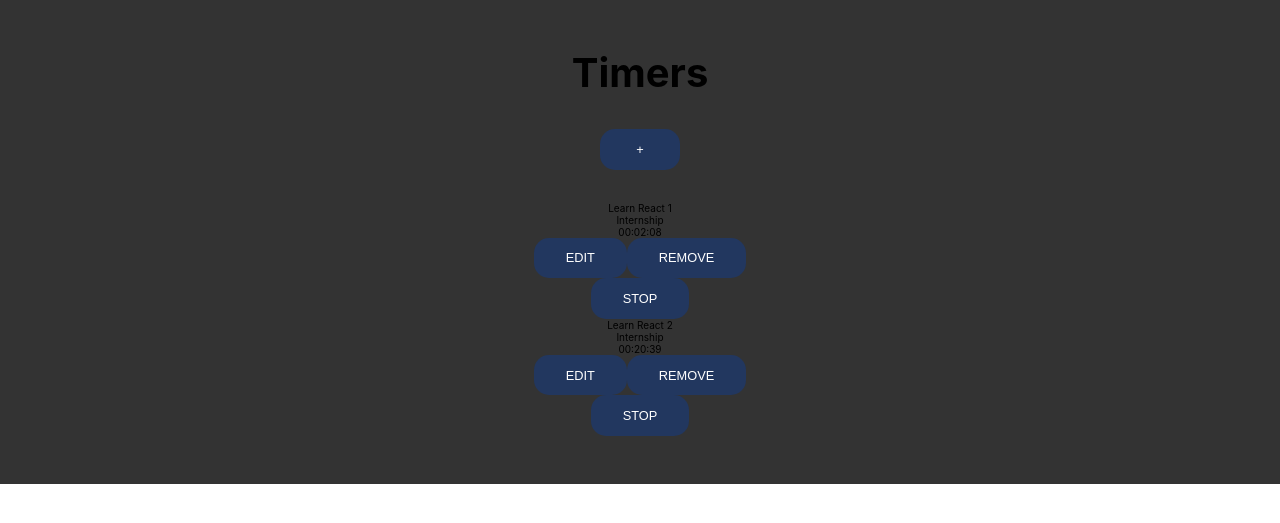
Repository: dqhuy153/react-timer
Page: /
These files come from the project's save history. The page is drawn as it stood at one moment and after the next save; the edit follows.
The browser window is 1280 px wide. The pictures show the whole page.
The project was rebuilt for these pictures with package versions that can differ from the ones it lists, and the page was loaded fresh each time. Also part of the build but not shown: src/components/TimerForm/index.jsx.

Above is the page before, as saved 2021-10-26 15:46:30.

### src/index.css
* {
  padding: 0;
  margin: 0;
  box-sizing: border-box;
}

body {
  margin: 0;
  font-family: -apple-system, BlinkMacSystemFont, 'Segoe UI', 'Roboto', 'Oxygen',
    'Ubuntu', 'Cantarell', 'Fira Sans', 'Droid Sans', 'Helvetica Neue',
    sans-serif;
  -webkit-font-smoothing: antialiased;
  -moz-osx-font-smoothing: grayscale;

  font-size: 62.5%;
}

code {
  font-family: source-code-pro, Menlo, Monaco, Consolas, 'Courier New',
    monospace;
}

### src/App.js
import { useEffect, useRef, useState } from 'react';
import './App.scss';

import EditableTimerForm from './components/EditableTimerForm';
import ToggleableTimerForm from './components/ToggeableTimerForm';

function App() {
  const timerRef = useRef();
  const [timers, setTimers] = useState([
    {
      id: 1,
      title: 'Learn React 1',
      project: 'Internship',
      time: 123454,
      isRunning: true,
    },
    {
      id: 2,
      title: 'Learn React 2',
      project: 'Internship',
      time: 1234545,
      isRunning: true,
    },
  ]);

  const handleUpdateTimer = (data) => {
    const newTimers = timers.map((timer, idx) => {
      if (timer.id === data.id) {
        return {
          ...timer,
          title: data.title,
          project: data.project,
        };
      }

      return timer;
    });

    setTimers(newTimers);
  };

  useEffect(() => {
    clearTimeout(timerRef.current);

    timerRef.current = setTimeout(() => {
      const newTimers = timers.map((timer, idx) => {
        if (timer.isRunning)
          return {
            ...timer,
            time: timer.time + 1000,
          };

        return timer;
      });

      setTimers(newTimers);
    }, 1000);
  }, [timers]);

  return (
    <div className="App">
      <h1>Timers</h1>

      <ToggleableTimerForm />

      {timers.map((timer) => {
        return (
          <EditableTimerForm
            key={timer.id}
            id={timer.id}
            title={timer.title}
            project={timer.project}
            timer={timer.time}
            isRunning={timer.isRunning}
          />
        );
      })}
    </div>
  );
}

export default App;

### src/App.scss
.App {
  text-align: center;
  padding: 3rem 0;
  background: #333;

  h1 {
    font-size: 2.5rem;
  }
}

### src/components/EditableTimerForm/index.jsx
import React from 'react';
import Timer from '../Timer';
import TimerForm from '../TimerForm';

const EditableTimerForm = ({ id, title, project, timer, isRunning }) => {
  const isEdit = false;

  if (isEdit)
    return (
      <TimerForm
        id={id}
        title={title}
        project={project}
        timer={timer}
        // onCancel={handleCancelFomr}
      />
    );

  return (
    <Timer
      id={id}
      title={title}
      project={project}
      timer={timer}
      isRunning={isRunning}
    />
  );
};

export default EditableTimerForm;

### src/components/ToggeableTimerForm/index.jsx
import { useState } from 'react';
import Button from '../Button';
import TimerForm from '../TimerForm';

import styles from './ToggleableTimerForm.module.scss';

const ToggleableTimerForm = ({ onCreate, ...props }) => {
  const [isOpen, setIsOpen] = useState(false);

  const handleOpenForm = () => {
    setIsOpen(true);
  };

  const handleCloseForm = () => {
    setIsOpen(false);
  };

  const content = isOpen ? (
    <TimerForm onCancel={handleCloseForm} />
  ) : (
    <Button onClick={handleOpenForm}>+</Button>
  );

  return <div className={styles.container}>{content}</div>;
};

export default ToggleableTimerForm;

### src/components/Timer/index.jsx
import React from 'react';
import { millisecondsToHuman } from '../../utils/TimerUtils';
import Button from '../Button';

const Timer = ({ title, project, timer, isRunning }) => {
  const buttonLabel = isRunning ? 'STOP' : 'START';

  return (
    <div>
      <p>{title}</p>
      <p>{project}</p>
      <p>{millisecondsToHuman(timer)}</p>

      <div>
        <Button>EDIT</Button>
        <Button>REMOVE</Button>
      </div>

      <Button>{buttonLabel}</Button>
    </div>
  );
};

export default Timer;

### src/components/Button/index.jsx
import React from 'react';

import styles from './Button.module.scss';

const Button = ({ children, onClick, className, ...rest }) => {
  return (
    <button
      className={`${styles.container} ${className}`}
      onClick={onClick}
      children={children}
      {...rest}
    ></button>
  );
};

export default Button;

### src/components/ToggeableTimerForm/ToggleableTimerForm.module.scss
.container {
  margin: 2rem;
}

### src/utils/TimerUtils.js
import { v4 as uuidv4 } from 'uuid';

export const millisecondsToHuman = (ms) => {
  const seconds = Math.floor((ms / 1000) % 60);
  const minutes = Math.floor((ms / 1000 / 60) % 60);
  const hours = Math.floor(ms / 1000 / 60 / 60);

  const humanized = [
    pad(hours.toString(), 2),
    pad(minutes.toString(), 2),
    pad(seconds.toString(), 2),
  ].join(':');

  return humanized;
};

const pad = (numberString, size) => {
  let padded = numberString;
  while (padded.length < size) {
    padded = `0${padded}`;
  }
  return padded;
};

export const newTimer = (attrs = {}) => {
  const timer = {
    title: attrs.title || 'Timer',
    project: attrs.project || 'Project',
    id: uuidv4(),
    elapsed: 0,
    isRunning: false,
  };

  return timer;
};

### src/components/Button/Button.module.scss
.container {
  padding: 0.8rem 2rem;
  min-width: 5rem;
  background: rgb(34, 55, 95);
  border: none;
  color: #fff;
  border-radius: 15px;
  font-size: 0.8rem;
  cursor: pointer;
  transition: all 0.2s linear;

  &:hover {
    box-shadow: rgba(100, 100, 111, 0.3) 0px 7px 29px 0px;
    background: #fff;
    color: rgb(34, 55, 95);
    font-weight: bold;
  }

  &:active {
    transform: translateY(2px);
  }
}

Loaded but not shown: public/index.html (common file); src/index.js (common file); src/reportWebVitals.js (common file)

After the next save:
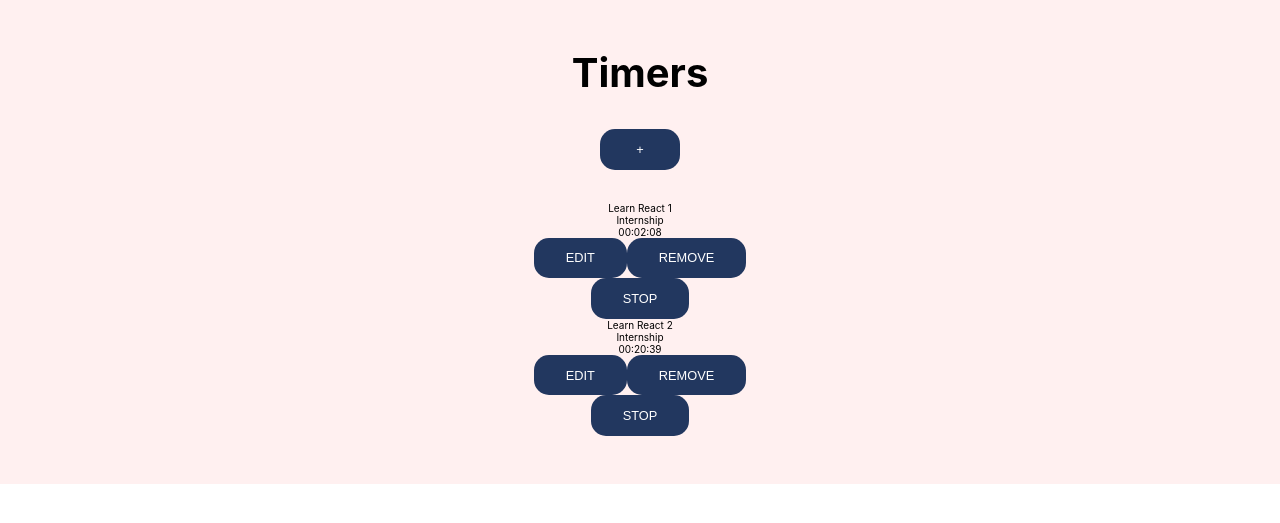
Saved 7 s later.
--- a/src/App.scss
+++ b/src/App.scss
@@ -1,7 +1,7 @@
 .App {
   text-align: center;
   padding: 3rem 0;
-  background: #333;
+  background: rgb(255, 240, 240);
 
   h1 {
     font-size: 2.5rem;
